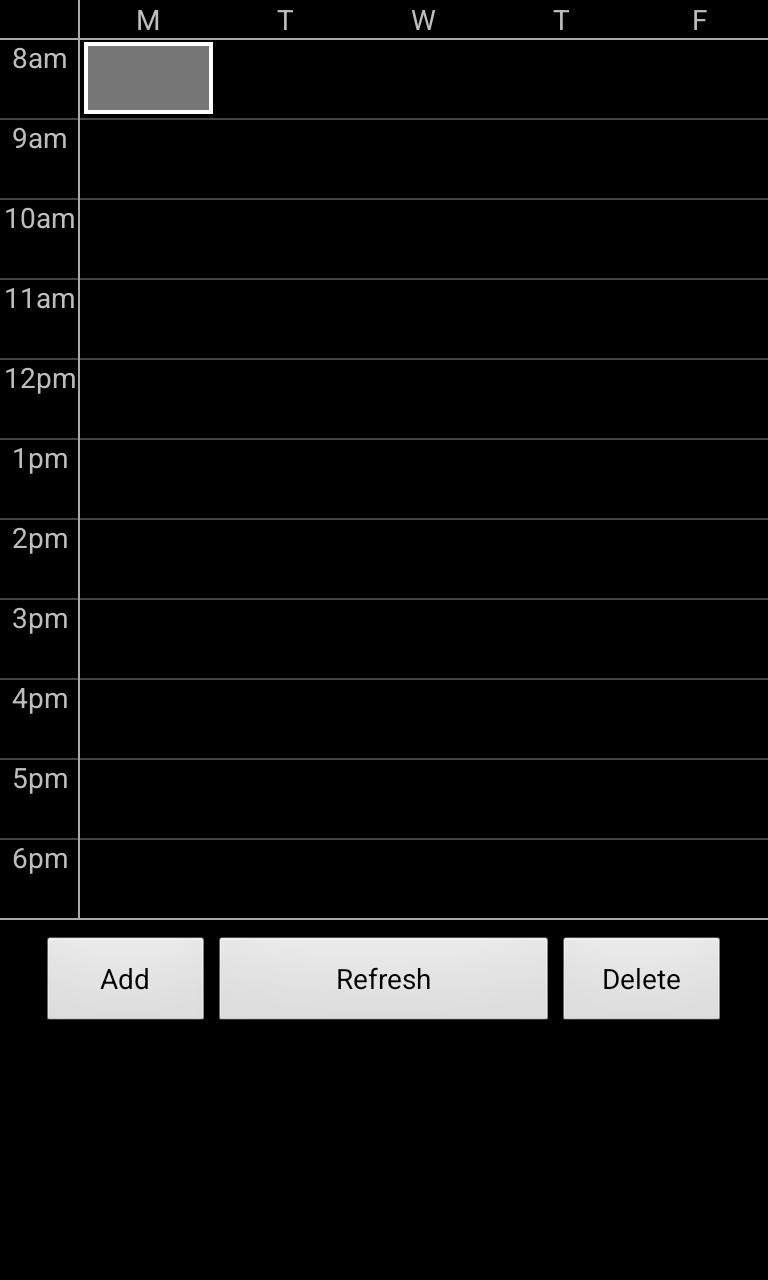
Repository: appsfactory/OfficeHours
Layout: OfficeHoursClient/res/layout/activity_schedule_view.xml
An editor plug-in stored every save of this project. The layout is shown before and after the next save, followed by the edit.
It is drawn on a 768 x 1280 px phone screen (xhdpi) without system bars, with theme AppTheme; the app's code is not run.

Above is the layout before, as saved 2012-09-27 17:59:38.

After the next save:
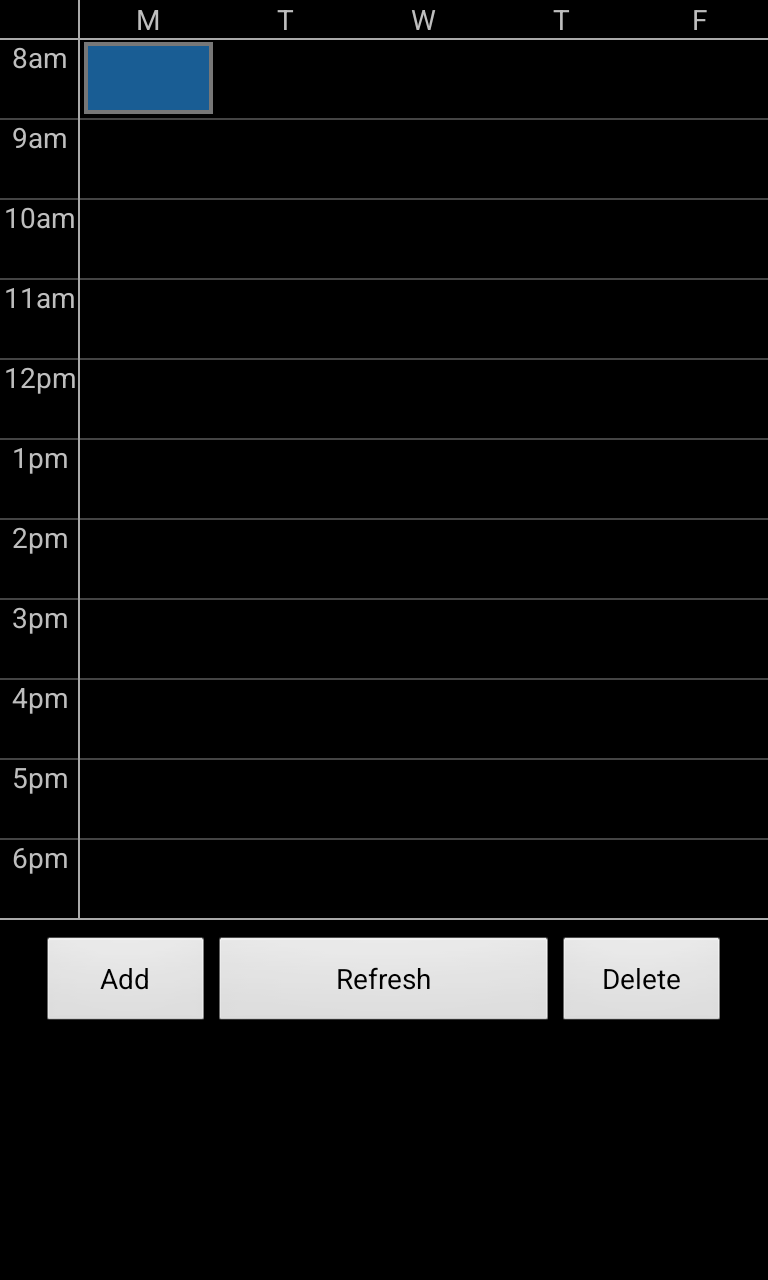
Saved 8 s later.
--- a/OfficeHoursClient/res/layout/activity_schedule_view.xml
+++ b/OfficeHoursClient/res/layout/activity_schedule_view.xml
@@ -237,8 +237,8 @@
                             android:layout_height="match_parent"
                             android:layout_weight="1" >
 
-							<View android:background="#FFFFFF" android:layout_width = "fill_parent" android:layout_height="36dp" android:layout_margin="2dp" />
-							<View android:background="#777" android:layout_width = "fill_parent" android:layout_height="32dp" android:layout_margin="4dp" />
+							<View android:background="#777" android:layout_width = "fill_parent" android:layout_height="36dp" android:layout_margin="2dp" />
+							<View android:background="#195D94" android:layout_width = "fill_parent" android:layout_height="32dp" android:layout_margin="4dp" />
 
                         </RelativeLayout>
 
